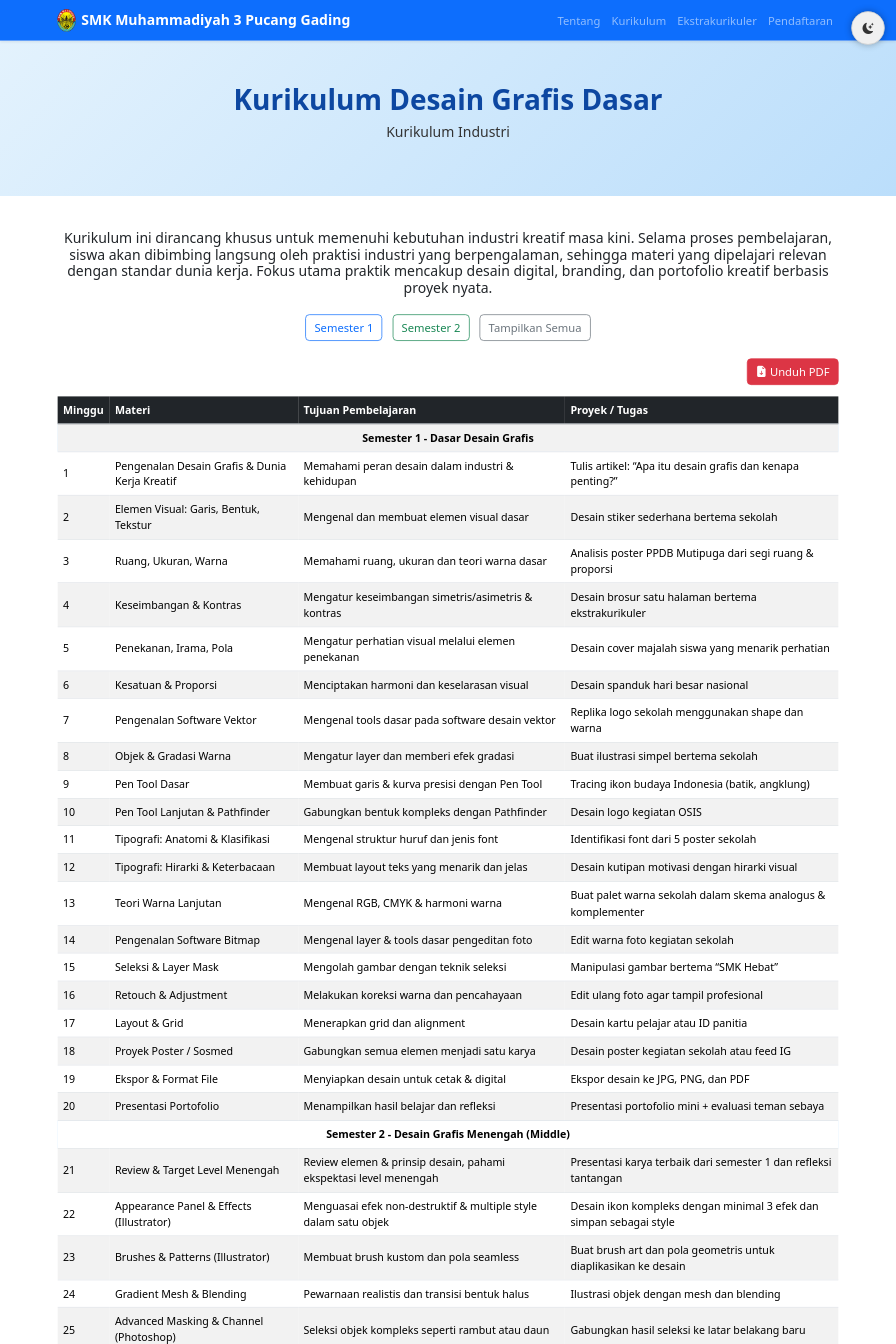
Repository: ppdbsmkmutipuga/kurikulumdesain
Page: index.html
The author's editor kept a copy of each file at every save. The page is drawn from the files as they stood at one save, then again after a run of saves.
The browser window is 1280 px wide. The pictures show the part of the page from y = 0 to 1920 px (the page is 2959 px tall before and 2590 px after), at 70% of full size.

Above is the page before, as saved 2025-07-01 05:34:38.

### index.html
<!DOCTYPE html>
<html lang="id">

<head>
    <meta charset="UTF-8" />
    <meta name="viewport" content="width=device-width, initial-scale=1.0" />
    <title>Kurikulum Desain Grafis - SMK Mutipuga</title>
    <link href="https://cdn.jsdelivr.net/npm/bootstrap@5.3.3/dist/css/bootstrap.min.css" rel="stylesheet" />
    <link href="https://cdnjs.cloudflare.com/ajax/libs/aos/2.3.4/aos.css" rel="stylesheet" />
    <link href="https://cdn.jsdelivr.net/npm/bootstrap-icons@1.10.5/font/bootstrap-icons.css" rel="stylesheet">
    <link rel="stylesheet" href="style.css">
    <script src="https://cdnjs.cloudflare.com/ajax/libs/html2pdf.js/0.10.1/html2pdf.bundle.min.js"></script>

</head>

<body>
    <button class="btn btn-outline-light mode-toggle position-fixed top-0 end-0 m-3" onclick="toggleMode()"
        title="Mode Gelap/Terang">
        <i class="bi bi-moon-stars-fill"></i>
    </button>


    <!-- Navbar -->
   <nav class="navbar navbar-expand-lg navbar-dark bg-primary sticky-top shadow-sm">
        <div class="container">
            <a class="navbar-brand fw-bold d-flex align-items-center" href="#">
                <img src="images/logo.png" alt="Logo SMK Mutipuga" height="32" class="me-2">
                <span class="d-none d-sm-inline">SMK Muhammadiyah 3 Pucang Gading</span>
                <span class="d-inline d-sm-none">SMK MUTIPUGA</span>
            </a>
            <button class="navbar-toggler" type="button" data-bs-toggle="collapse" data-bs-target="#navMenu"
                aria-controls="navMenu" aria-expanded="false" aria-label="Toggle navigation">
                <span class="navbar-toggler-icon"></span>
            </button>
            <div class="collapse navbar-collapse" id="navMenu">
                <ul class="navbar-nav ms-auto">
                    <li class="nav-item"><a class="nav-link" href="#tentang">Tentang</a></li>
                    <li class="nav-item"><a class="nav-link" href="#kurikulum">Kurikulum</a></li>
                    <li class="nav-item"><a class="nav-link" href="#ekskul">Ekstrakurikuler</a></li>
                    <li class="nav-item"><a class="nav-link" href="#pendaftaran">Pendaftaran</a></li>
                </ul>
            </div>
        </div>
    </nav>

    <!-- Hero Section -->
    <section class="hero" data-aos="fade-down">
        <div class="container">
            <h1>Kurikulum Desain Grafis Dasar</h1>
            <p class="lead">Kurikulum Industri</p>
        </div>
    </section>

    <!-- Table Section -->
    <section class="container my-5" data-aos="fade-up">
        <h5 class="section-title text-center">
            Kurikulum ini dirancang khusus untuk memenuhi kebutuhan industri kreatif masa kini.
            Selama proses pembelajaran, siswa akan dibimbing langsung oleh praktisi industri yang berpengalaman,
            sehingga materi yang dipelajari relevan dengan standar dunia kerja.
            Fokus utama praktik mencakup desain digital, branding, dan portofolio kreatif berbasis proyek nyata.
        </h5>

        <div class="filter-buttons">
            <button class="btn btn-outline-primary" onclick="filterSemester(1)">Semester 1</button>
            <button class="btn btn-outline-success" onclick="filterSemester(2)">Semester 2</button>
            <button class="btn btn-outline-secondary" onclick="filterSemester(0)">Tampilkan Semua</button>
        </div>
        <div class="text-end my-3">
            <button class="btn btn-danger" onclick="downloadPDF()">
                <i class="bi bi-file-earmark-arrow-down-fill"></i> Unduh PDF
            </button>
        </div>

        <div id="pdf-content">
            <div class="table-container">
                <div class="table-responsive">
                    <table class="table table-striped table-hover align-middle mb-0" id="kurikulumTable">
                        <thead class="table-dark">
                            <tr>
                                <th scope="col">Minggu</th>
                                <th scope="col">Materi</th>
                                <th scope="col">Tujuan Pembelajaran</th>
                                <th scope="col">Proyek / Tugas</th>
                            </tr>
                        </thead>
                        <tbody>

                            <!-- Data rows akan di-load lewat JS -->
                        </tbody>
                    </table>
                </div>
            </div>
    </section>

    <!-- Footer -->
    <footer>
        &copy; 2025 SMK Muhammadiyah 3 Pucang Gading
    </footer>

    <!-- Scripts -->
    <script src="https://cdn.jsdelivr.net/npm/bootstrap@5.3.3/dist/js/bootstrap.bundle.min.js"></script>
    <script src="https://cdnjs.cloudflare.com/ajax/libs/aos/2.3.4/aos.js"></script>
    <script src="script.js"></script>
</body>

</html>

### style.css
/* =========================
   HERO SECTION
========================= */
.hero {
  padding: 60px 0;
  background: linear-gradient(135deg, #e3f2fd, #bbdefb);
  text-align: center;
}

.hero h1 {
  font-weight: 700;
  font-size: 2.5rem;
  color: #0d47a1;
}

.hero p {
  font-size: 1.25rem;
  color: #333;
}

body.bg-dark .hero {
  background: linear-gradient(135deg, #1e1e1e, #2c2c2c);
}

body.bg-dark .hero h1 {
  color: #90caf9;
}

body.bg-dark .hero p {
  color: #cccccc;
}

/* =========================
   FILTER BUTTONS
========================= */
.filter-buttons {
  text-align: center;
  margin: 20px 0;
}

.filter-buttons .btn {
  margin: 5px;
}

body.bg-dark .btn-outline-primary {
  color: #90caf9;
  border-color: #90caf9;
}

body.bg-dark .btn-outline-success {
  color: #81c784;
  border-color: #81c784;
}

body.bg-dark .btn-outline-secondary {
  color: #b0bec5;
  border-color: #b0bec5;
}

/* =========================
   TABLE SECTION
========================= */
.table-container {
  overflow-x: auto;
}

.table th,
.table td {
  vertical-align: middle !important;
  font-size: 0.95rem;
}

/* Baris header semester (custom row) */
.table .table-header-row {
  background-color: #cce5ff;
  font-weight: 600;
  text-align: center;
}

body.bg-dark .table .table-header-row {
  background-color: #2c3e50;
  color: #ffffff !important;
}

/* DARK MODE TABLE FIX */
body.bg-dark .table,
body.bg-dark .table td,
body.bg-dark .table th {
  color: #f1f1f1 !important;
  background-color: transparent !important;
  opacity: 1 !important;
}

body.bg-dark .table-striped tbody tr:nth-of-type(odd) {
  background-color: #2c2c2c !important;
}

body.bg-dark .table-striped tbody tr:nth-of-type(even) {
  background-color: #1a1a1a !important;
}

body.bg-dark .table-hover tbody tr:hover {
  background-color: #3a3a3a !important;
}

body.bg-dark .table thead th {
  background-color: #111 !important;
  color: #fff !important;
  border-color: #444 !important;
}

body.bg-dark .table-primary {
  background-color: #455a64 !important;
  color: #fff !important;
}

/* =========================
   FOOTER
========================= */
footer {
  padding: 20px;
  text-align: center;
  background-color: #f1f1f1;
  margin-top: 50px;
  font-size: 0.9rem;
  color: #333;
}

body.bg-dark footer {
  background-color: #1e1e1e;
  color: #e0e0e0;
}

/* =========================
   MODE TOGGLE BUTTON
========================= */

.mode-toggle {
  position: fixed;
  top: 15px;
  right: 15px;
  z-index: 1080;
  border-radius: 50%;
  width: 48px;
  height: 48px;
  display: flex;
  align-items: center;
  justify-content: center;
  background-color: #f0f0f0;
  color: #333;
  border: 1px solid #ccc;
  box-shadow: 0 0 10px rgba(0, 0, 0, 0.3);
}

/* Header tabel semester */
.table-header-row {
  background-color: #cce5ff;
  /* mode terang */
  color: #0d47a1;
}

/* Ubah header semester agar lebih gelap dan teks lebih jelas di dark mode */
body.bg-dark .table-header-row {
  background-color: #37474f;
  /* warna gelap yang elegan */
  color: #ffffff;
}

body.bg-dark .mode-toggle {
  background-color: #333;
  color: #fff;
  border: 1px solid #666;
}

/* Footer default */
footer {
  padding: 20px;
  text-align: center;
  background-color: #f1f1f1;
  margin-top: 50px;
  font-size: 0.9rem;
  color: #333;
}

/* Footer saat dark mode */
body.bg-dark footer {
  background-color: #1e1e1e;
  color: #ccc;
}


/* =========================
   RESPONSIVE
========================= */
@media (max-width: 768px) {
  .hero h1 {
    font-size: 1.8rem;
  }

  .hero p {
    font-size: 1rem;
  }

  .table th,
  .table td {
    font-size: 0.85rem;
  }
}

@media (max-width: 576px) {
  .mode-toggle {
    width: 40px;
    height: 40px;
  }

  .hero {
    padding: 40px 0;
  }
}

@media print {
  body {
    background: #fff !important;
    color: #000 !important;
  }

  .mode-toggle,
  .filter-buttons,
  footer {
    display: none !important;
  }

  .table th,
  .table td {
    font-size: 0.75rem;
  }
}

@media print {

  html,
  body {
    width: 210mm;
    height: 297mm;
    margin: 0;
    padding: 0;
    overflow: hidden;
    zoom: 0.75;
    /* Sesuaikan skala agar muat ke PDF */
  }

  .table-container {
    overflow: visible !important;
  }

  .table-responsive {
    overflow: visible !important;
  }

  table {
    table-layout: fixed;
    width: 100% !important;
    word-wrap: break-word;
  }

  .table td,
  .table th {
    font-size: 10pt !important;
    padding: 6px 8px;
    white-space: normal !important;
  }

  .filter-buttons,
  .mode-toggle,
  footer {
    display: none !important;
  }
}

### script.js
// Inisialisasi animasi AOS
AOS.init();

// Data lengkap Week 1–40
const tableData = [
    { week: 'Semester 1 - Dasar Desain Grafis', isHeader: true, semester: 1 },
    { week: 1, materi: 'Pengenalan Desain Grafis & Dunia Kerja Kreatif', tujuan: 'Memahami peran desain dalam industri & kehidupan', tugas: 'Tulis artikel: “Apa itu desain grafis dan kenapa penting?”', semester: 1 },
    { week: 2, materi: 'Elemen Visual: Garis, Bentuk, Tekstur', tujuan: 'Mengenal dan membuat elemen visual dasar', tugas: 'Desain stiker sederhana bertema sekolah', semester: 1 },
    { week: 3, materi: 'Ruang, Ukuran, Warna', tujuan: 'Memahami ruang, ukuran dan teori warna dasar', tugas: 'Analisis poster PPDB Mutipuga dari segi ruang & proporsi', semester: 1 },
    { week: 4, materi: 'Keseimbangan & Kontras', tujuan: 'Mengatur keseimbangan simetris/asimetris & kontras', tugas: 'Desain brosur satu halaman bertema ekstrakurikuler', semester: 1 },
    { week: 5, materi: 'Penekanan, Irama, Pola', tujuan: 'Mengatur perhatian visual melalui elemen penekanan', tugas: 'Desain cover majalah siswa yang menarik perhatian', semester: 1 },
    { week: 6, materi: 'Kesatuan & Proporsi', tujuan: 'Menciptakan harmoni dan keselarasan visual', tugas: 'Desain spanduk hari besar nasional', semester: 1 },
    { week: 7, materi: 'Pengenalan Software Vektor', tujuan: 'Mengenal tools dasar pada software desain vektor', tugas: 'Replika logo sekolah menggunakan shape dan warna', semester: 1 },
    { week: 8, materi: 'Objek & Gradasi Warna', tujuan: 'Mengatur layer dan memberi efek gradasi', tugas: 'Buat ilustrasi simpel bertema sekolah', semester: 1 },
    { week: 9, materi: 'Pen Tool Dasar', tujuan: 'Membuat garis & kurva presisi dengan Pen Tool', tugas: 'Tracing ikon budaya Indonesia (batik, angklung)', semester: 1 },
    { week: 10, materi: 'Pen Tool Lanjutan & Pathfinder', tujuan: 'Gabungkan bentuk kompleks dengan Pathfinder', tugas: 'Desain logo kegiatan OSIS', semester: 1 },
    { week: 11, materi: 'Tipografi: Anatomi & Klasifikasi', tujuan: 'Mengenal struktur huruf dan jenis font', tugas: 'Identifikasi font dari 5 poster sekolah', semester: 1 },
    { week: 12, materi: 'Tipografi: Hirarki & Keterbacaan', tujuan: 'Membuat layout teks yang menarik dan jelas', tugas: 'Desain kutipan motivasi dengan hirarki visual', semester: 1 },
    { week: 13, materi: 'Teori Warna Lanjutan', tujuan: 'Mengenal RGB, CMYK & harmoni warna', tugas: 'Buat palet warna sekolah dalam skema analogus & komplementer', semester: 1 },
    { week: 14, materi: 'Pengenalan Software Bitmap', tujuan: 'Mengenal layer & tools dasar pengeditan foto', tugas: 'Edit warna foto kegiatan sekolah', semester: 1 },
    { week: 15, materi: 'Seleksi & Layer Mask', tujuan: 'Mengolah gambar dengan teknik seleksi', tugas: 'Manipulasi gambar bertema “SMK Hebat”', semester: 1 },
    { week: 16, materi: 'Retouch & Adjustment', tujuan: 'Melakukan koreksi warna dan pencahayaan', tugas: 'Edit ulang foto agar tampil profesional', semester: 1 },
    { week: 17, materi: 'Layout & Grid', tujuan: 'Menerapkan grid dan alignment', tugas: 'Desain kartu pelajar atau ID panitia', semester: 1 },
    { week: 18, materi: 'Proyek Poster / Sosmed', tujuan: 'Gabungkan semua elemen menjadi satu karya', tugas: 'Desain poster kegiatan sekolah atau feed IG', semester: 1 },
    { week: 19, materi: 'Ekspor & Format File', tujuan: 'Menyiapkan desain untuk cetak & digital', tugas: 'Ekspor desain ke JPG, PNG, dan PDF', semester: 1 },
    { week: 20, materi: 'Presentasi Portofolio', tujuan: 'Menampilkan hasil belajar dan refleksi', tugas: 'Presentasi portofolio mini + evaluasi teman sebaya', semester: 1 },
    { week: 'Semester 2 - Desain Grafis Menengah (Middle)', isHeader: true, semester: 2 },
    { week: 21, materi: 'Review & Target Level Menengah', tujuan: 'Review elemen & prinsip desain, pahami ekspektasi level menengah', tugas: 'Presentasi karya terbaik dari semester 1 dan refleksi tantangan', semester: 2 },
    { week: 22, materi: 'Appearance Panel & Effects (Illustrator)', tujuan: 'Menguasai efek non-destruktif & multiple style dalam satu objek', tugas: 'Desain ikon kompleks dengan minimal 3 efek dan simpan sebagai style', semester: 2 },
    { week: 23, materi: 'Brushes & Patterns (Illustrator)', tujuan: 'Membuat brush kustom dan pola seamless', tugas: 'Buat brush art dan pola geometris untuk diaplikasikan ke desain', semester: 2 },
    { week: 24, materi: 'Gradient Mesh & Blending', tujuan: 'Pewarnaan realistis dan transisi bentuk halus', tugas: 'Ilustrasi objek dengan mesh dan blending', semester: 2 },
    { week: 25, materi: 'Advanced Masking & Channel (Photoshop)', tujuan: 'Seleksi objek kompleks seperti rambut atau daun', tugas: 'Gabungkan hasil seleksi ke latar belakang baru', semester: 2 },
    { week: 26, materi: 'Smart Objects & Non-Destructive Workflow', tujuan: 'Menggunakan Smart Object dan Smart Filter dalam editing', tugas: 'Edit foto dengan teknik non-destruktif dan simpan editable', semester: 2 },
    { week: 27, materi: 'Compositing & Manipulasi Foto', tujuan: 'Gabungkan beberapa gambar menjadi satu komposisi yang harmonis', tugas: 'Buat karya bertema surealis/fantasi dengan minimal 3 gambar', semester: 2 },
    { week: 28, materi: 'Font Pairing & Hirarki Tipografi Lanjut', tujuan: 'Gunakan kombinasi font yang efektif dan hirarki teks yang kompleks', tugas: 'Desain halaman majalah atau web dengan 3 level teks dan font pairing', semester: 2 },
    { week: 29, materi: 'Typographic Grid & Readability', tujuan: 'Menggunakan grid dan memahami keterbacaan teks panjang', tugas: 'Rancang ulang artikel agar lebih rapi dan nyaman dibaca', semester: 2 },
    { week: 30, materi: 'Psikologi Warna & Palet Kustom', tujuan: 'Pahami pengaruh warna terhadap persepsi', tugas: 'Buat 2 palet warna untuk brand fiktif, berikan justifikasi', semester: 2 },
    { week: 31, materi: 'Logo & Identitas Visual Dasar', tujuan: 'Pahami jenis-jenis logo dan elemen visual', tugas: 'Analisis logo UKM lokal dan berikan saran pengembangan', semester: 2 },
    { week: 32, materi: 'Logo Variasi & Style Guide Dasar', tujuan: 'Desain versi logo berbeda dan panduan penggunaannya', tugas: 'Buat minimal 3 versi logo + 1 halaman style guide sederhana', semester: 2 },
    { week: 33, materi: 'InDesign: Master Pages', tujuan: 'Mengenal interface dan penggunaan master page', tugas: 'Desain dokumen 4 halaman dengan elemen tetap', semester: 2 },
    { week: 34, materi: 'InDesign: Styles & Text Flow', tujuan: 'Membuat paragraph styles dan mengatur aliran teks', tugas: 'Desain artikel dummy dengan text threading dan paragraph styles', semester: 2 },
    { week: 35, materi: 'UI/UX Design Principles', tujuan: 'Memahami prinsip dasar usability dan perbedaan UI/UX', tugas: 'Analisis aplikasi populer dan evaluasi prinsip usability-nya', semester: 2 },
    { week: 36, materi: 'Desain Elemen UI Dasar', tujuan: 'Desain tombol, form, dan komponen lain dengan berbagai state', tugas: 'Buat set UI: tombol, form, card dengan tampilan konsisten', semester: 2 },
    { week: 37, materi: 'Brief, Riset & Moodboard', tujuan: 'Menganalisis brief dan membuat visual moodboard', tugas: 'Buat moodboard untuk proyek branding fiktif', semester: 2 },
    { week: 38, materi: 'Proyek Integratif', tujuan: 'Menggabungkan semua skill dalam satu proyek besar', tugas: 'Lanjutkan proyek branding/brosur/UI berdasarkan brief', semester: 2 },
    { week: 39, materi: 'Print & Web Optimization', tujuan: 'Optimalkan file desain untuk cetak dan web', tugas: 'Ekspor proyek ke versi cetak (PDF) dan digital (JPG/PNG)', semester: 2 },
    { week: 40, materi: 'Portfolio Review & Karir', tujuan: 'Review proyek akhir dan diskusi karir desain', tugas: 'Presentasikan proyek akhir + 3–5 karya untuk portofolio mini', semester: 2 },
];

const tbody = document.querySelector('#kurikulumTable tbody');

function renderTable(filter) {
    tbody.innerHTML = '';
    let hasPrintedSemester1Header = false;
    let hasPrintedSemester2Header = false;
    tableData.forEach(row => {
        if (filter === 0 || row.semester === filter || row.isHeader) {
            if (row.isHeader) {
                if ((filter === 1 && row.semester === 1 && !hasPrintedSemester1Header) ||
                    (filter === 2 && row.semester === 2 && !hasPrintedSemester2Header) ||
                    filter === 0) {
                    const tr = document.createElement('tr');
                    tr.className = 'table-header-row text-center fw-bold';
                    const td = document.createElement('td');
                    td.setAttribute('colspan', 4);
                    td.textContent = row.week;
                    tr.appendChild(td);
                    tbody.appendChild(tr);
                    if (row.semester === 1) hasPrintedSemester1Header = true;
                    if (row.semester === 2) hasPrintedSemester2Header = true;
                }
            } else {
                if (filter === 0 || row.semester === filter) {
                    const tr = document.createElement('tr');
                    tr.innerHTML = `
            <td>${row.week}</td>
            <td>${row.materi}</td>
            <td>${row.tujuan}</td>
            <td>${row.tugas}</td>
          `;
                    tbody.appendChild(tr);
                }
            }
        }
    });
}

function filterSemester(semester) {
    renderTable(semester);
}

function toggleMode() {
    document.body.classList.toggle('bg-dark');
    document.body.classList.toggle('text-white');
}

renderTable(0);


function downloadPDF() {
    const element = document.getElementById("pdf-content");
    const opt = {
        margin: 0.2,
        filename: "kurikulum-desain-grafis.pdf",
        image: { type: "jpeg", quality: 0.98 },
        html2canvas: {
            scale: 3,        // Lebih tajam
            useCORS: true,   // Jika ada gambar
            allowTaint: true
        },
        jsPDF: {
            unit: "mm",
            format: "a4",
            orientation: "portrait"
        },
        pagebreak: { mode: ['avoid-all', 'css', 'legacy'] }
    };
    html2pdf().set(opt).from(element).save();
}

After the next 2 saves:
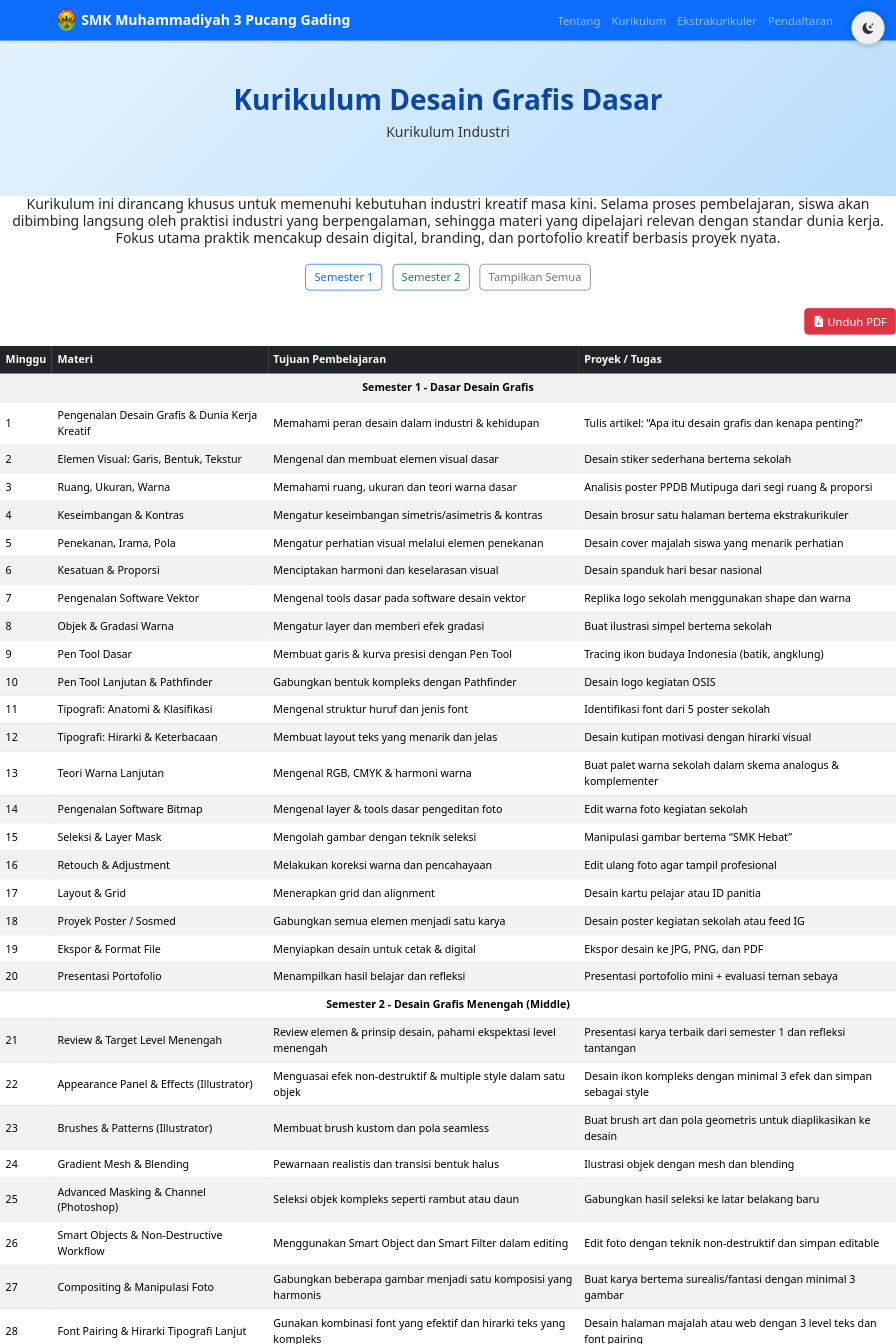
The 2 saves are shown as one change because they came seconds apart.
The last was saved 22 s later.
--- a/index.html
+++ b/index.html
@@ -52,7 +52,7 @@
     </section>
 
     <!-- Table Section -->
-    <section class="container my-5" data-aos="fade-up">
+    <section  id=="container my-5" data-aos="fade-up">
         <h5 class="section-title text-center">
             Kurikulum ini dirancang khusus untuk memenuhi kebutuhan industri kreatif masa kini.
             Selama proses pembelajaran, siswa akan dibimbing langsung oleh praktisi industri yang berpengalaman,
